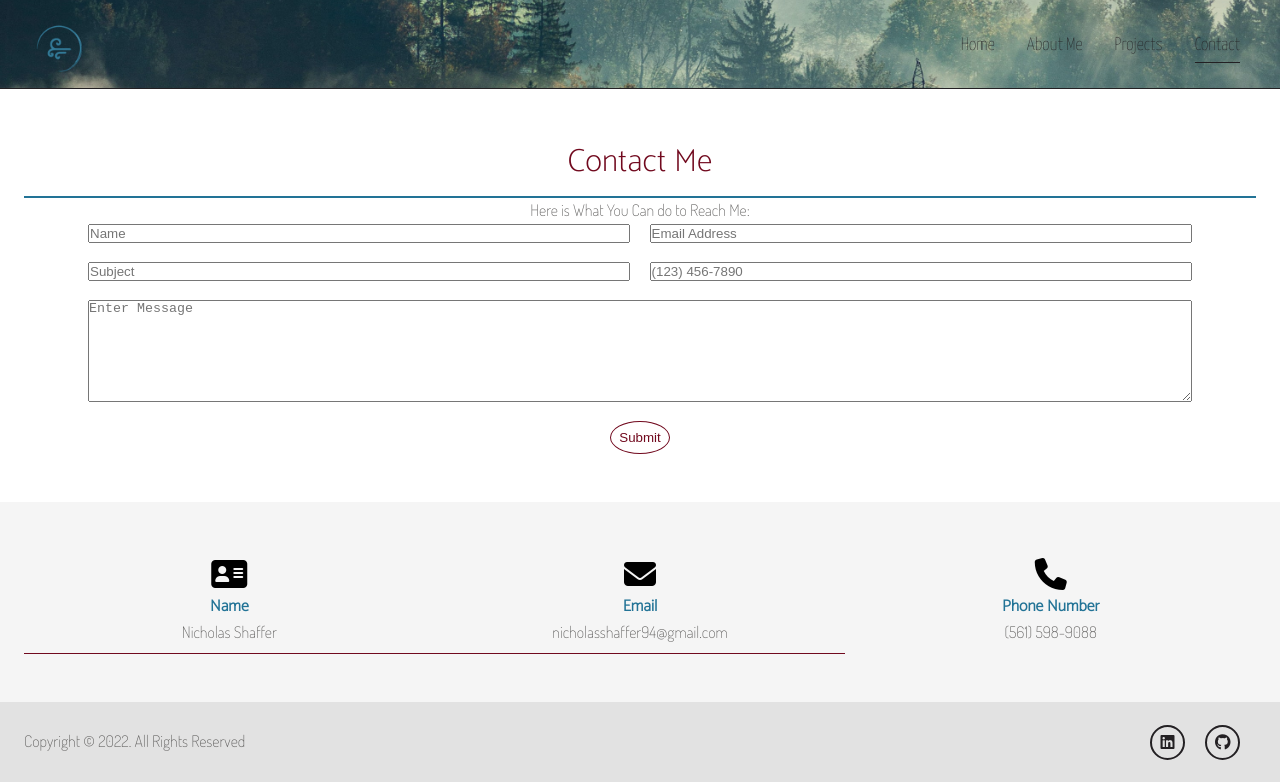
Repository: TrellixVulnTeam/pre-work_928R
Page: deploy/contact.html
An editor plug-in stored every save of this project. The page is shown before and after the next save, followed by the edit.
The browser window is 1280 px wide. The pictures show the whole page.
Some web libraries are served in a nearby version. The style sheet was rebuilt from its Sass, Less or Tailwind sources for each picture, by a compiler version that may differ from the author's.

Above is the page before, as saved 2022-04-20 19:45:46.

After the next save:
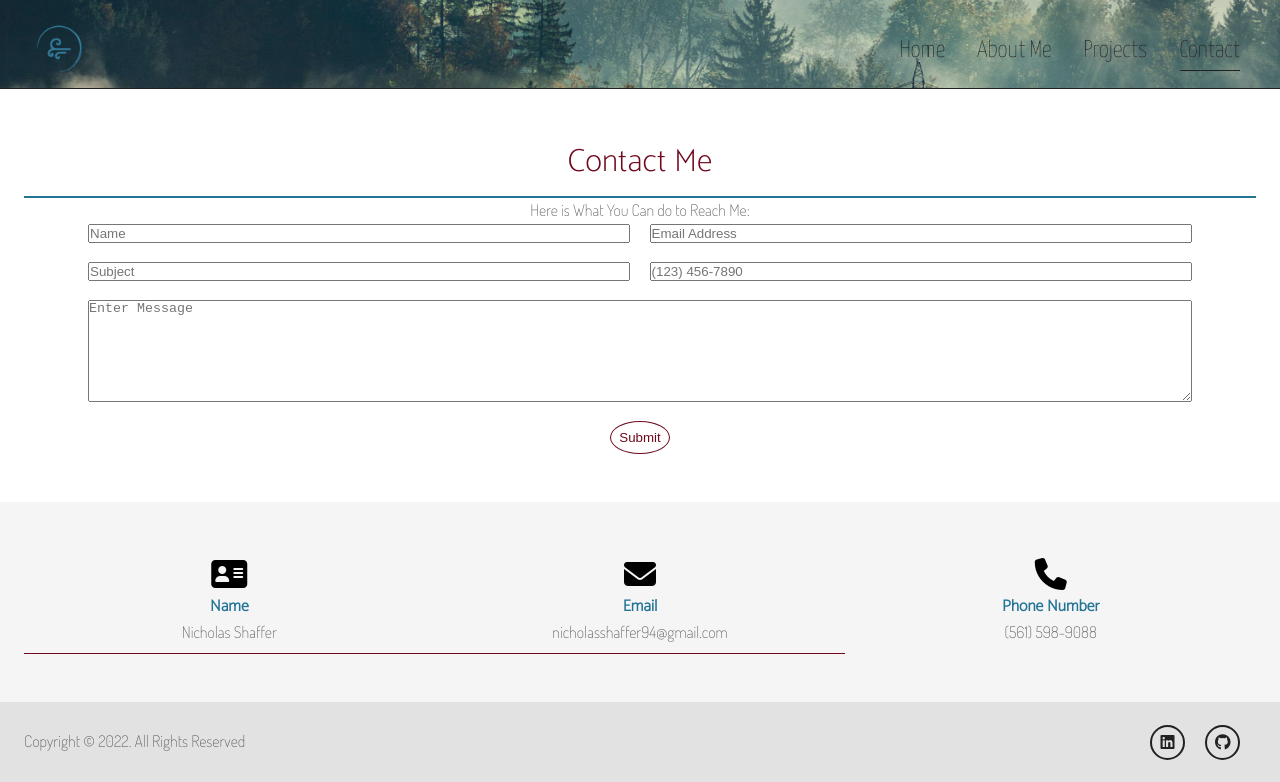
Saved 10 s later.
--- a/scss/config.scss
+++ b/scss/config.scss
@@ -141,7 +141,7 @@ $bg-image: url("../img/hero_image3.jpeg");
     a {
         text-decoration: none;
         color: $styleText;
-        font-size: large;
+        font-size: x-large;
         border-bottom: 1px transparent solid;
         padding-bottom: 0.5rem;
         transition: border-color 0.5s;
